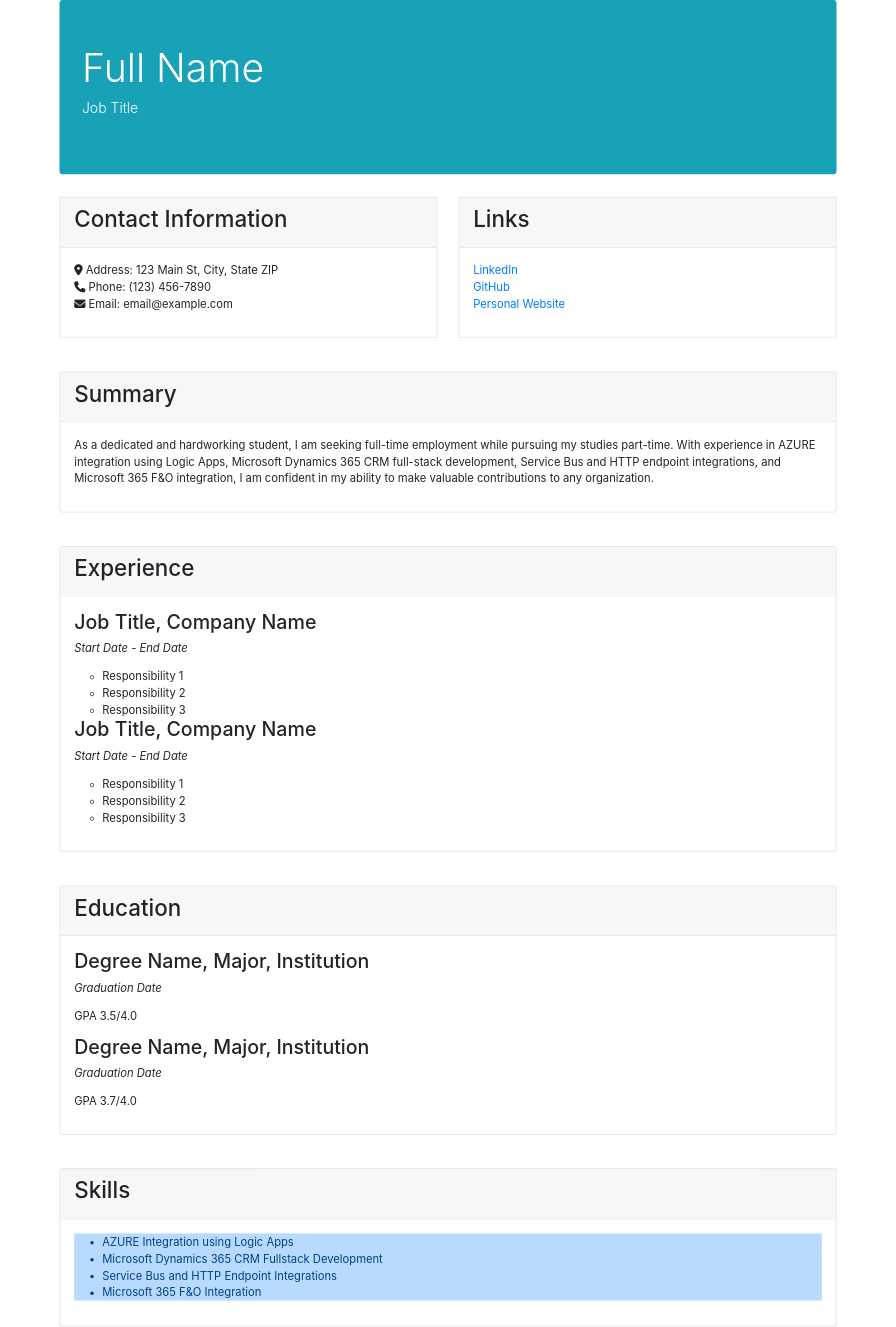
Repository: Git-it-right/Centrality
Page: cv.html
The author's editor kept a copy of each file at every save. The page is drawn from the files as they stood at one save, then again after the next save.
The browser window is 1280 px wide. The pictures show the whole page, at 70% of full size.
Some web libraries are served in a nearby version.

Above is the page before, as saved 2023-04-17 11:44:07.

After the next save:
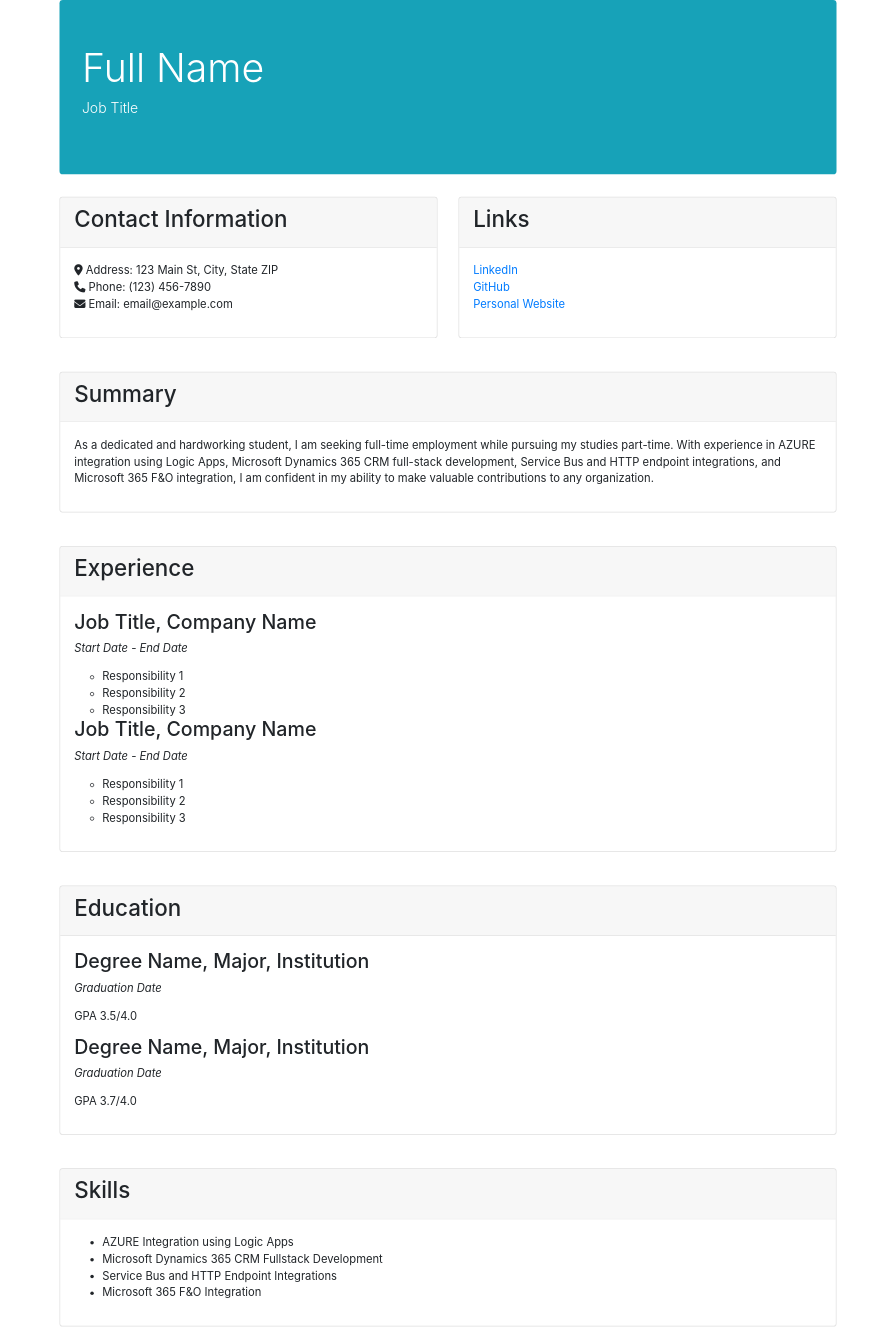
Saved 19 s later.
--- a/cv.html
+++ b/cv.html
@@ -121,7 +121,7 @@
                         <h2>Skills</h2>
                     </div>
                     <div class="card-body">
-                        <ul class="list-group-item-primary">
+                        <ul class="list-group-flush">
                             <li>AZURE Integration using Logic Apps
                             </li>
                             <li>Microsoft Dynamics 365 CRM Fullstack Development
